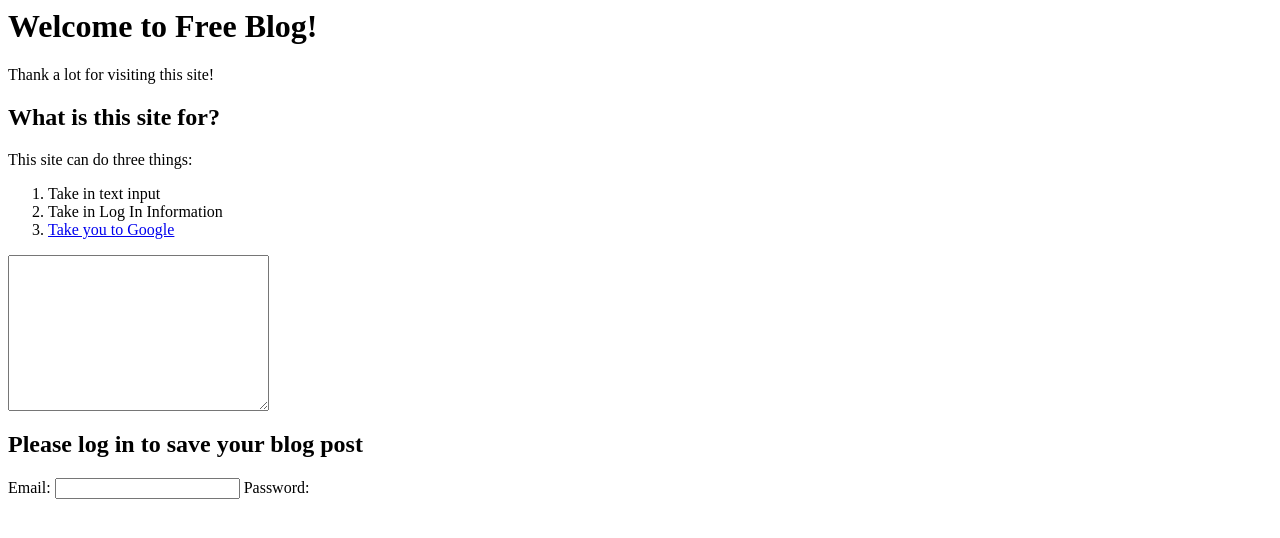
Repository: MonwarAdeeb/Bista_Solutions
Page: HTML & CSS/CSS/Level One/05. Assessment.html
The author's editor kept a copy of each file at every save. The page is drawn from the files as they stood at one save, then again after the next save.
The browser window is 1280 px wide. The pictures show the whole page.

Above is the page before, as saved 2021-05-19 20:24:21.

After the next save:
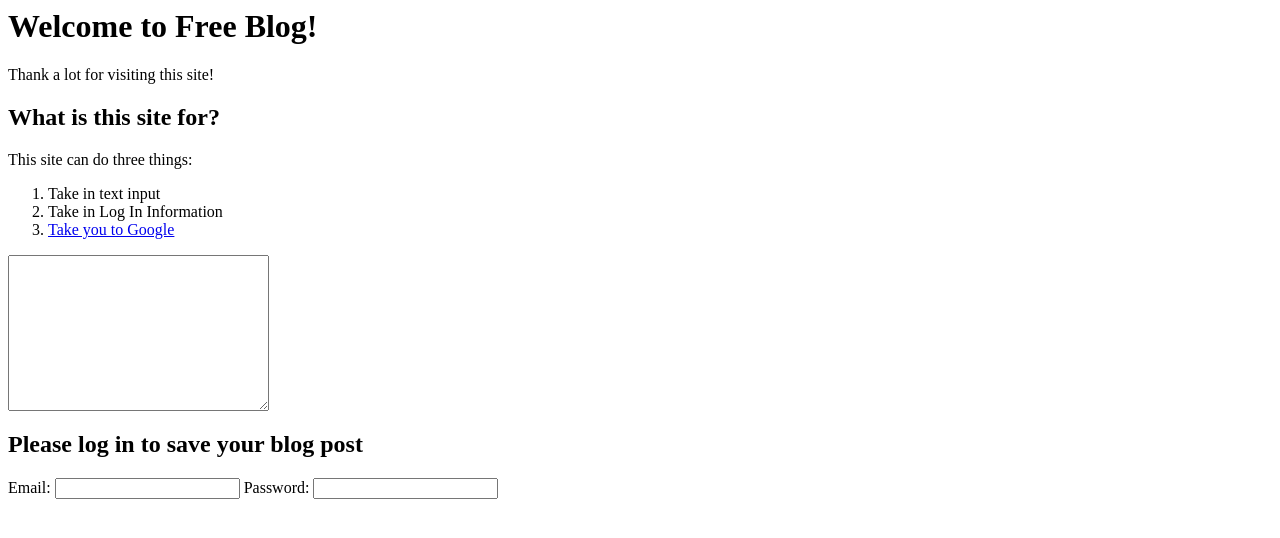
Saved 18 s later.
--- a/HTML & CSS/CSS/Level One/05. Assessment.html
+++ b/HTML & CSS/CSS/Level One/05. Assessment.html
@@ -28,7 +28,7 @@
     <label for="email">Email:</label>
     <input id="email" type="email" name="useremail">
     <label for="password">Password:</label>
-
+    <input type="text">
 
 </body>
 </html>
